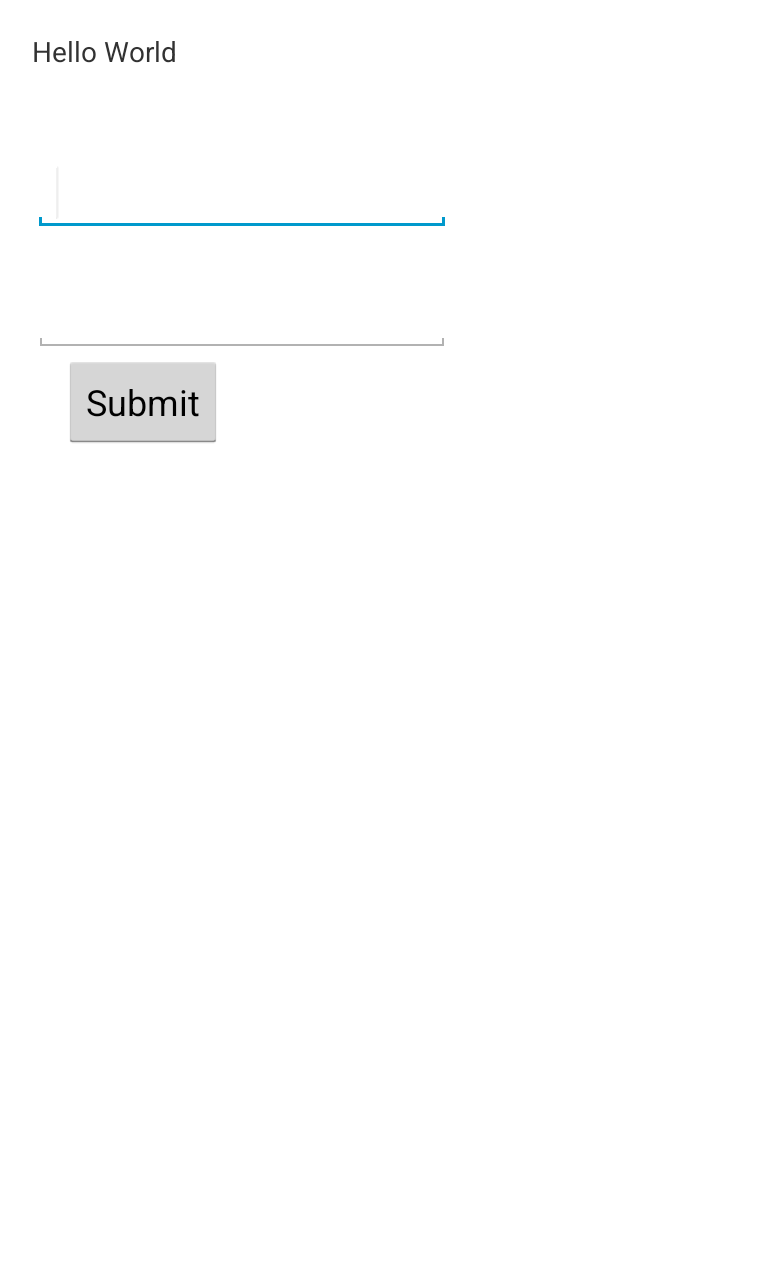
Repository: sbobra/women-startupweekend-sf
Layout: LaundryList/res/layout/activity_login.xml
These files come from the project's save history. The layout is drawn as it stood at one moment and after the next save; the edit follows.
It is drawn on a 768 x 1280 px phone screen (xhdpi) without system bars, with theme AppTheme; the app's code is not run.

Above is the layout before, as saved 2013-09-15 00:38:56.

After the next save:
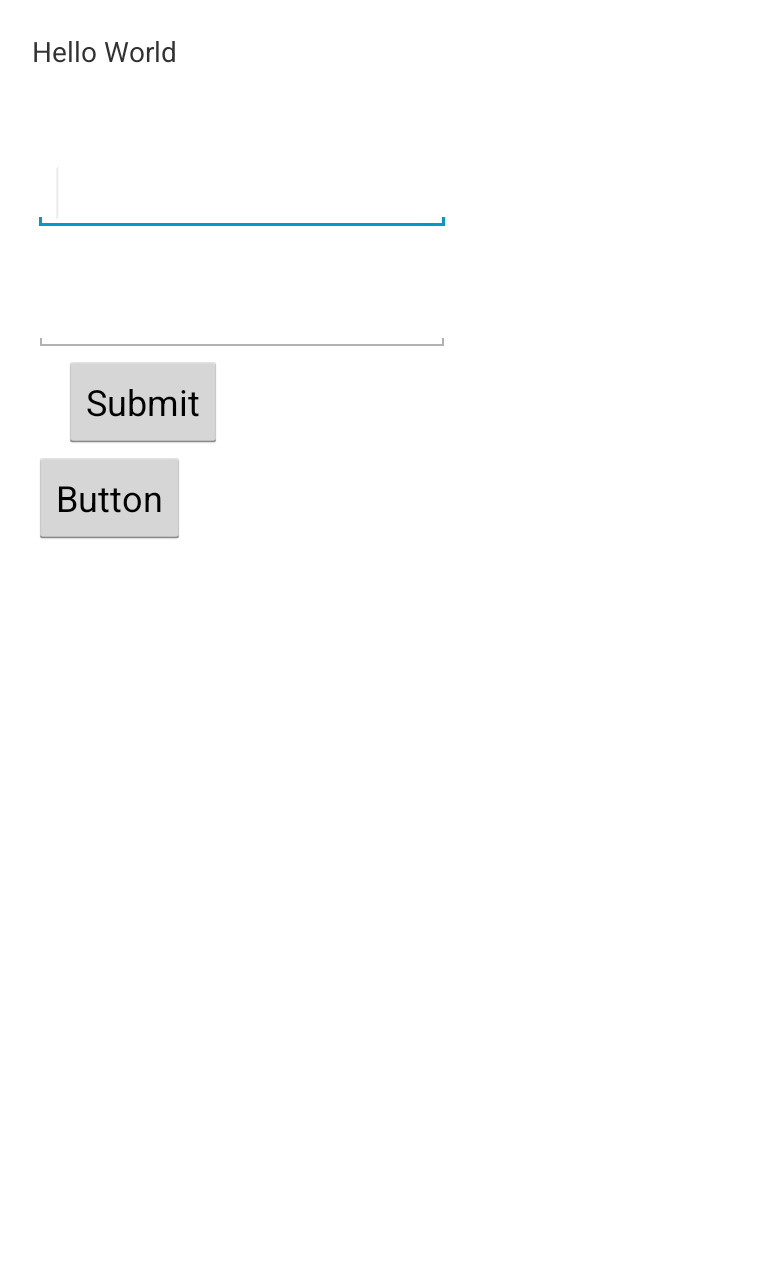
Saved 34 min 45 s later.
--- a/LaundryList/res/layout/activity_login.xml
+++ b/LaundryList/res/layout/activity_login.xml
@@ -41,4 +41,10 @@
         android:layout_marginLeft="15dp"
         android:text="Submit" />
 
+    <Button
+        android:id="@+id/newAcctButton"
+        android:layout_width="wrap_content"
+        android:layout_height="wrap_content"
+        android:text="Button" />
+
 </LinearLayout>
